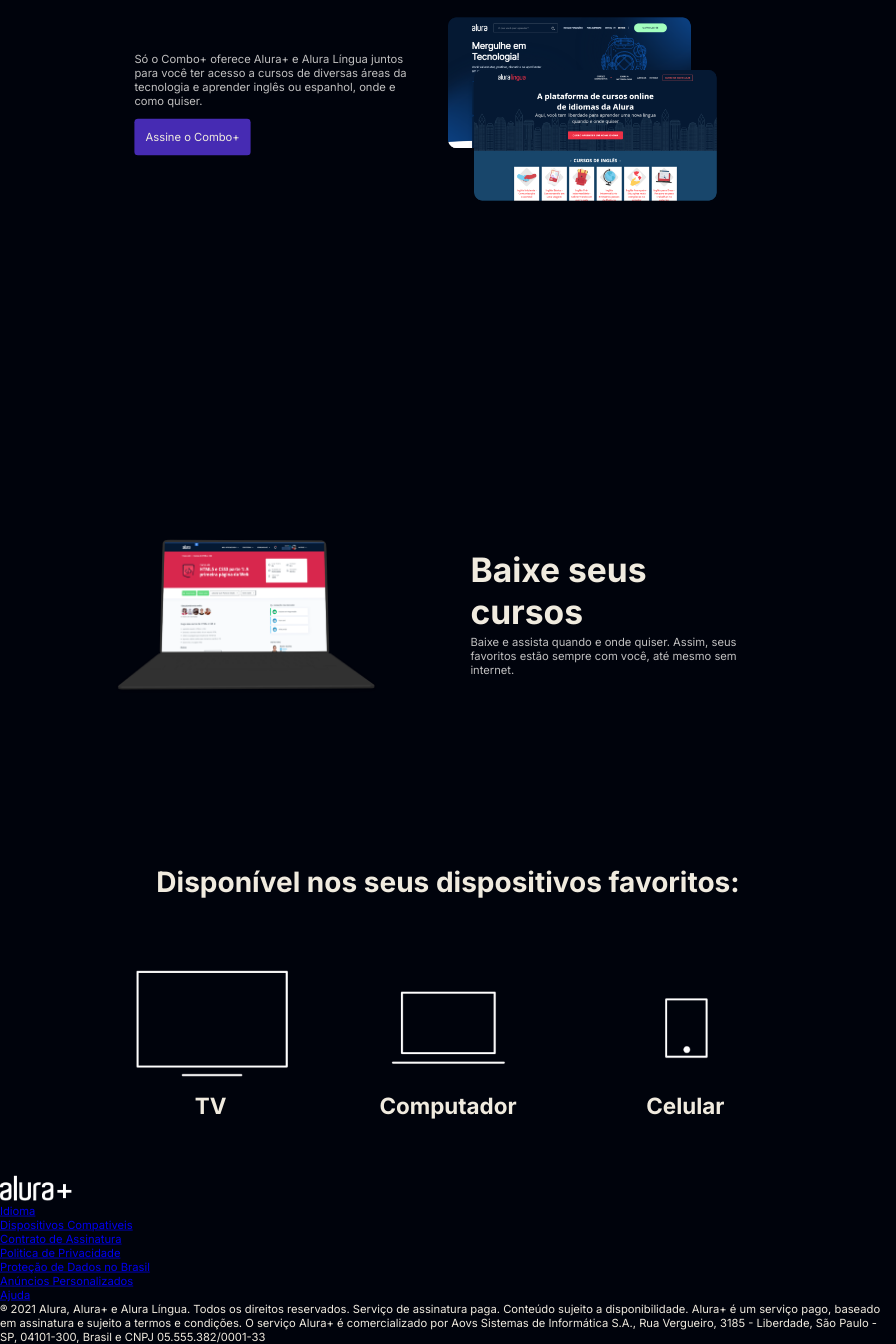
Repository: DamnDTX/praticando-font-end
Page: index.html
The author's editor kept a copy of each file at every save. The page is drawn from the files as they stood at one save, then again after the next save.
The browser window is 1280 px wide. The pictures show the part of the page from y = 1644 to 3564 px (the page is 3564 px tall), at 70% of full size.

Above is the page before, as saved 2023-07-18 15:14:56.

After the next save:
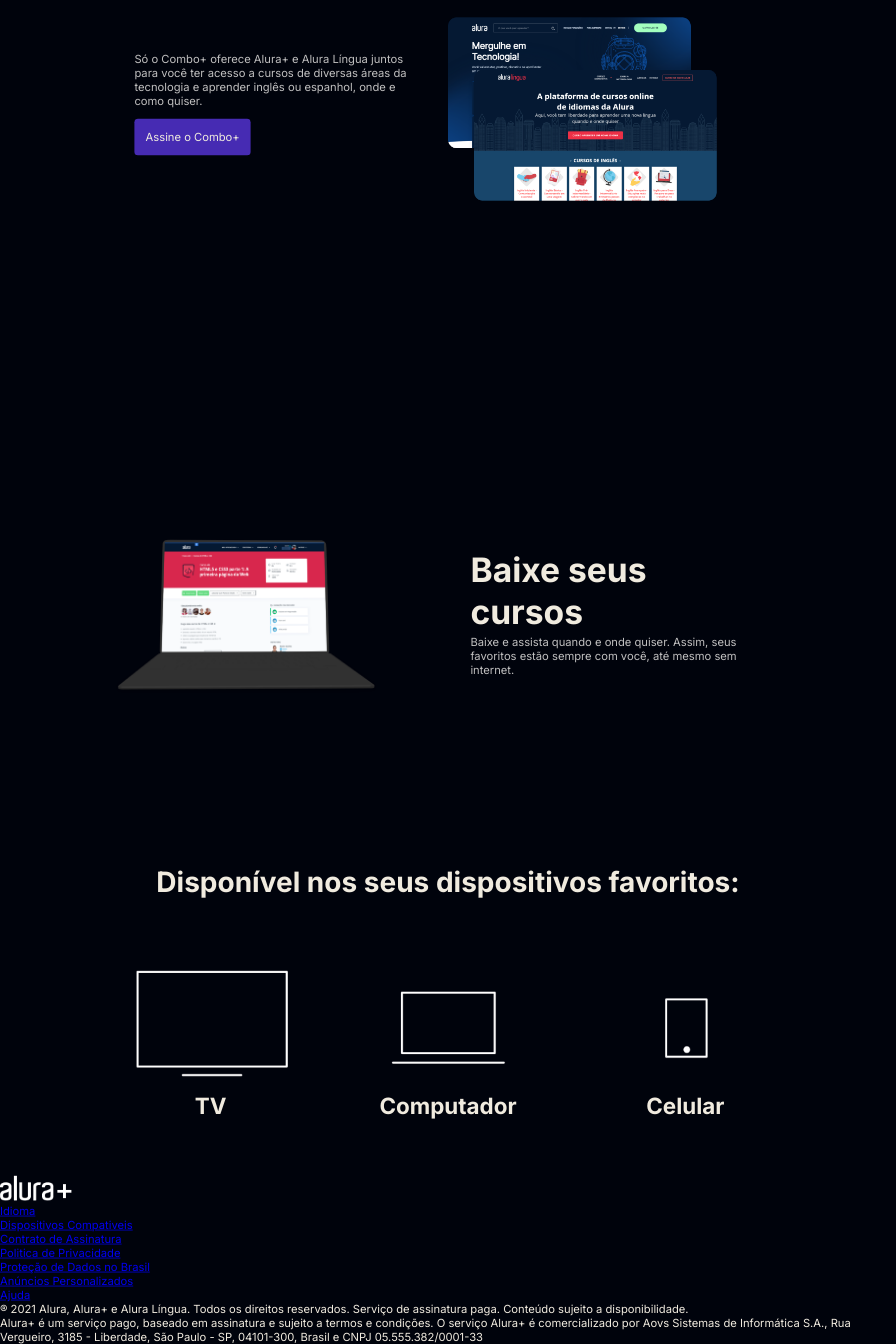
Saved 72 s later.
--- a/index.html
+++ b/index.html
@@ -98,7 +98,8 @@
     </li>
 </ul>
 <p class="rodape__texto">® 2021 Alura, Alura+ e Alura Língua. Todos os direitos reservados. Serviço de assinatura paga. Conteúdo sujeito a disponibilidade.
-    Alura+ é um serviço pago, baseado em assinatura e sujeito a termos e condições. O serviço Alura+ é comercializado por Aovs Sistemas de Informática S.A., Rua Vergueiro, 3185 - Liberdade, São Paulo - SP, 04101-300, Brasil e CNPJ 05.555.382/0001-33</p>
+    </p>
+    <p class="rodape__texto">Alura+ é um serviço pago, baseado em assinatura e sujeito a termos e condições. O serviço Alura+ é comercializado por Aovs Sistemas de Informática S.A., Rua Vergueiro, 3185 - Liberdade, São Paulo - SP, 04101-300, Brasil e CNPJ 05.555.382/0001-33</p>
 </footer>
 
 </body>
